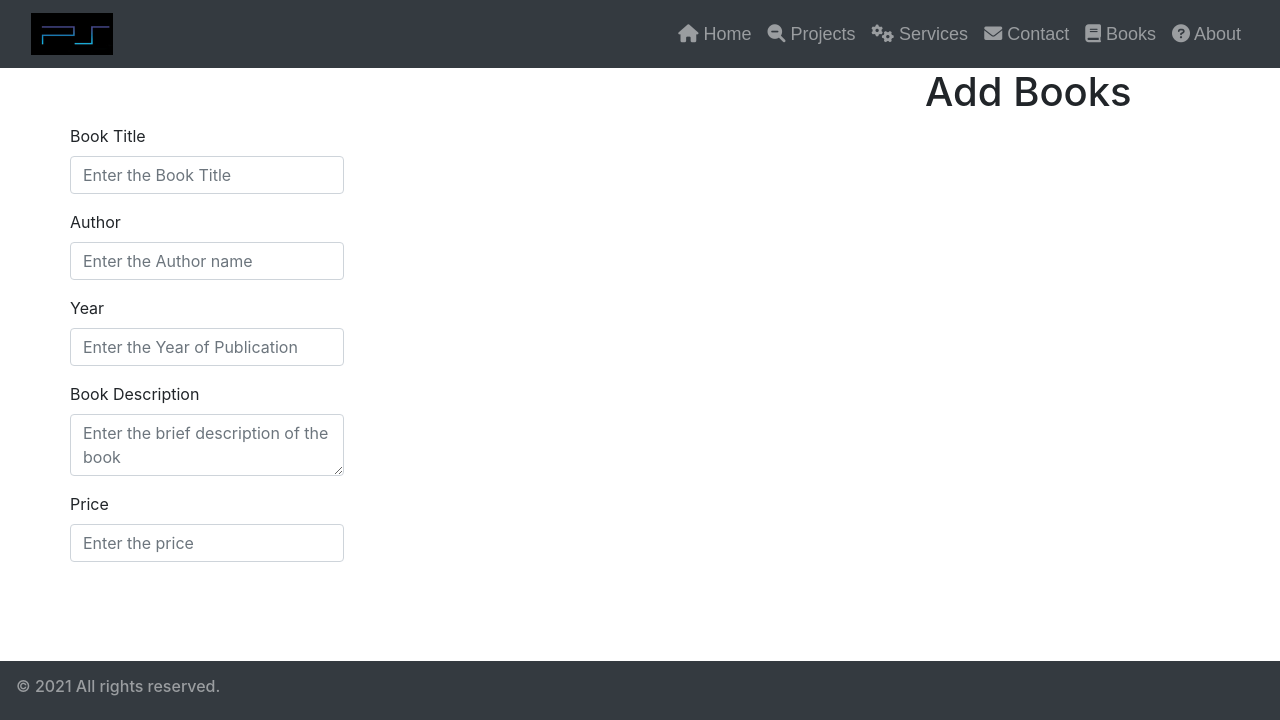
Repository: ParambirParambir/Assignment02
Page: http://localhost/book-list/add
An editor plug-in stored every save of this project. The page is shown before and after the next save, followed by the edit.
The browser window is 1280 px wide. The pictures show the whole page.
Some web libraries are served in a nearby version. The page is served by the project's Node server (server/config/app.js).

Above is the page before, as saved 2021-10-21 19:44:06.

After the next save:
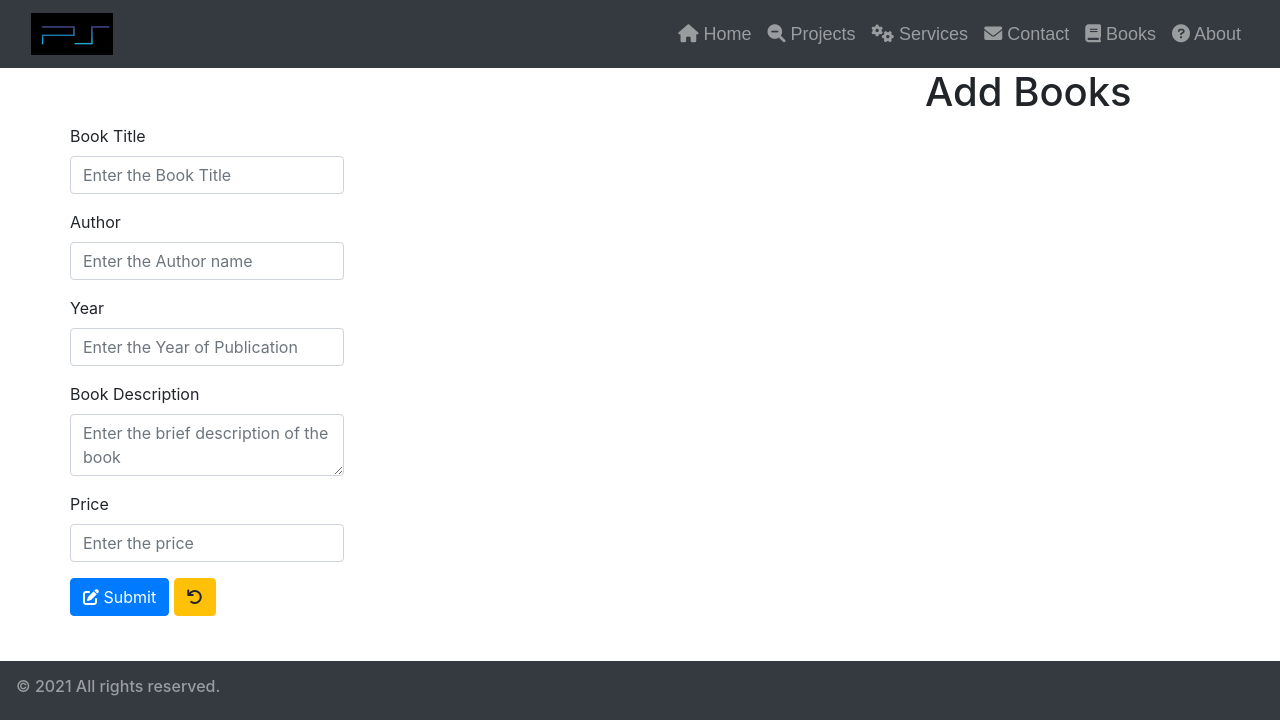
Saved 2 min 39 s later.
--- a/server/views/book/add.ejs
+++ b/server/views/book/add.ejs
@@ -21,19 +21,23 @@
 
             <div class="form-group">
                 <label for="publishedTextField">Year</label>
-                <input type="text" class="form-control" id="publishedTextField" placeholder="Enter the Year of Publication " name="name" required>
+                <input type="text" class="form-control" id="publishedTextField" placeholder="Enter the Year of Publication " name="year" required>
             </div>
 
             <div class="form-group">
                 <label for="descriptionTextArea">Book Description</label>
-                <textarea type="text" class="form-control" id="descriptionTextArea" placeholder="Enter the brief description of the book" name="name" required></textarea>
+                <textarea type="text" class="form-control" id="descriptionTextArea" placeholder="Enter the brief description of the book" name="description" required></textarea>
             </div>
 
             <div class="form-group">
                 <label for="priceTextField">Price</label>
-                <input type="number" class="form-control" id="priceTextField" placeholder="Enter the price" name="name" required>
+                <input type="number" class="form-control" id="priceTextField" placeholder="Enter the price" name="price" required>
             </div>
 
+            <button class="btn btn-primary " type="submit">
+                <i class="fas fa-edit"></i> Submit</button>
+
+                <a href="/book-list" class="btn btn-warning"><i class="fas fa-undo"></i></a>
 
 
     </div>
